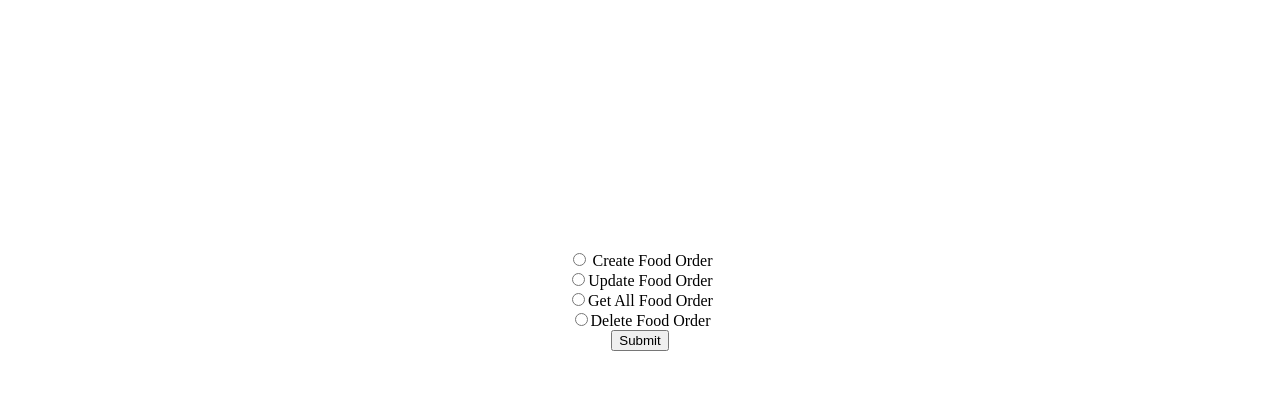
Repository: Jeevith-U/Advance-Java
Page: http://localhost/Food_App/staff.jsp
An editor plug-in stored every save of this project. The page is shown before and after the next save, followed by the edit.
The browser window is 1280 px wide. The pictures show the whole page.
The page is served by Tomcat 9.

Above is the page before, as saved 2023-08-25 06:21:59.

After the next save:
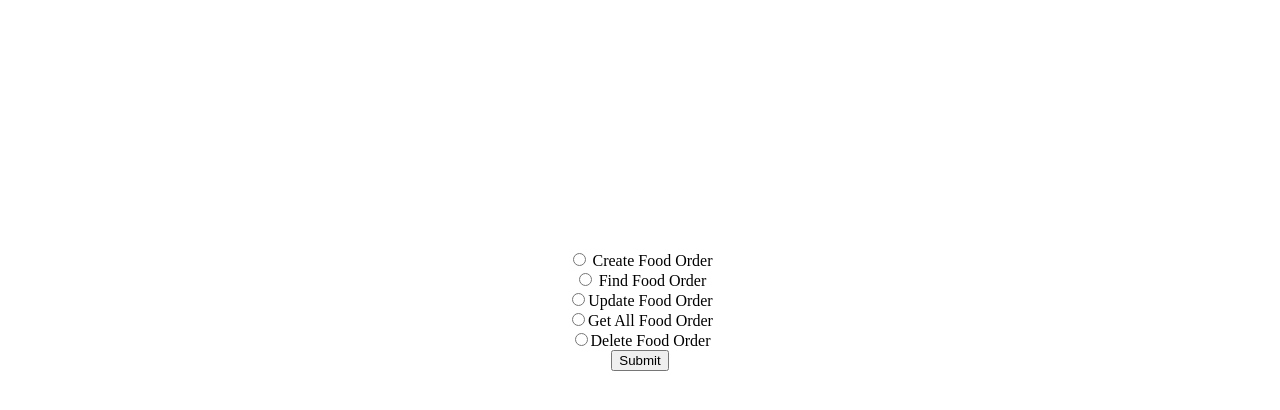
Saved 15 s later.
--- a/Projects/Food_App/src/main/webapp/staff.jsp
+++ b/Projects/Food_App/src/main/webapp/staff.jsp
@@ -17,6 +17,7 @@ form {
 	<form action="staffop" method="post" align="center">
 
 		<input type="radio" name="op" value="create"> Create Food Order
+		<br> <input type="radio" name="op" value="find"> Find Food Order
 		<br> <input type="radio" name="op" value="update">Update Food Order
 		<br> <input type="radio" name="op" value="get">Get All Food Order
 		<br> <input type="radio" name="op" value="delete">Delete Food Order
